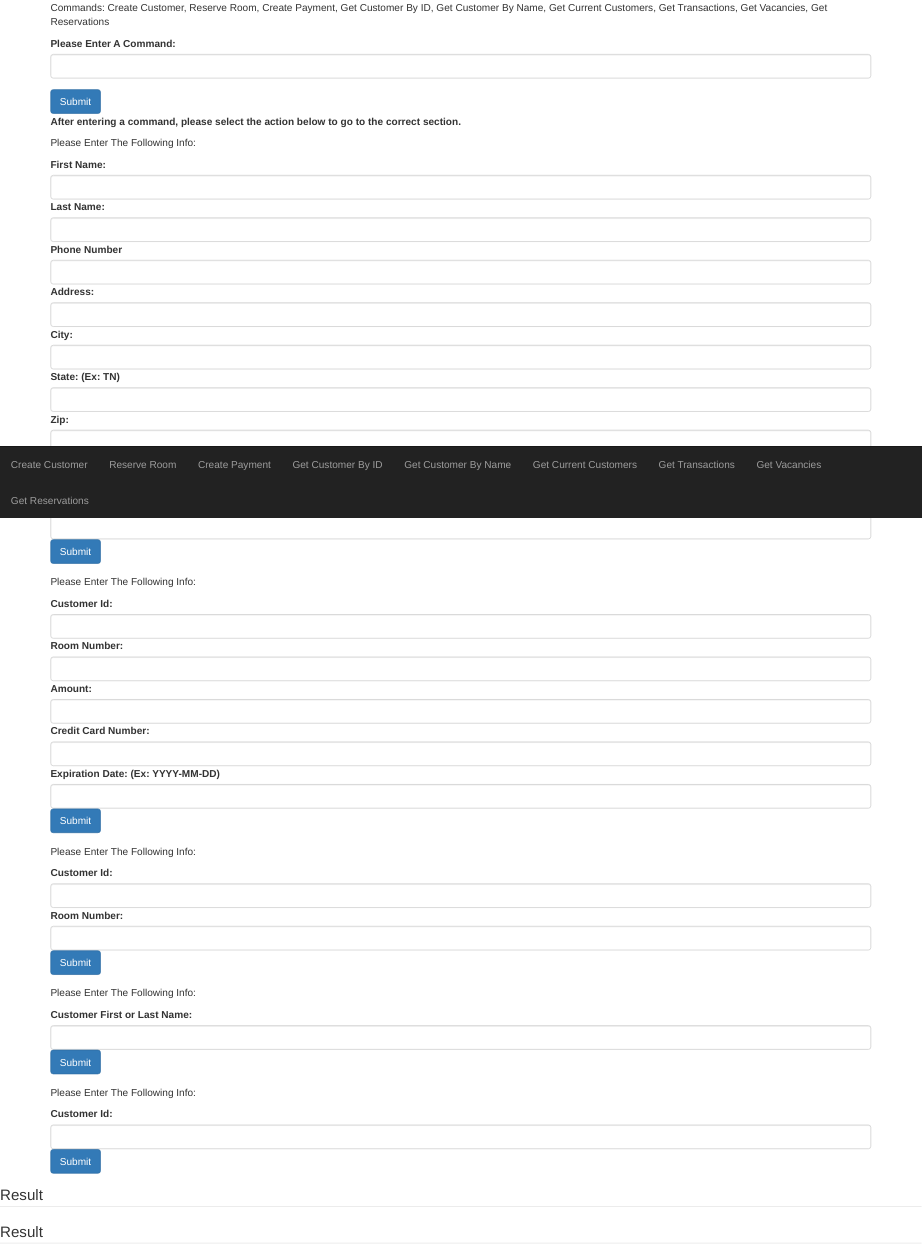
Repository: kddean/PA2
Page: Hotel Reservation System - Single Page/WebContent/HRS.html
The author's editor kept a copy of each file at every save. The page is drawn from the files as they stood at one save, then again after the next save.
The browser window is 1280 px wide. The pictures show the whole page, at 72% of full size.

Above is the page before, as saved 2016-04-08 03:43:35.

### Hotel Reservation System - Single Page/WebContent/HRS.html
<!DOCTYPE html>
<html>
<head>
<!-- <meta charset="ISO-8859-1"> -->
<meta charset="utf-8">
<meta name="viewport" content="width=device-width, initial-scale=1">
<link rel="stylesheet"
	href="http://maxcdn.bootstrapcdn.com/bootstrap/3.3.6/css/bootstrap.min.css">
<script
	src="https://ajax.googleapis.com/ajax/libs/jquery/1.12.0/jquery.min.js"></script>
<script
	src="http://maxcdn.bootstrapcdn.com/bootstrap/3.3.6/js/bootstrap.min.js"></script>
<title>HRS</title>
</head>
<body>

	<nav class="navbar navbar-inverse navbar-fixed-bottom">

		<ul class="nav navbar-nav">
			<li><a href="#FindForm">Create Customer</a></li>
			<li><a href="#RoomForm">Reserve Room</a></li>
			<li><a href="#PayForm">Create Payment</a></li>
			<li><a href="#TForm">Get Customer By ID</a></li>
			<li><a href="#CForm">Get Customer By Name</a></li>
			<li><a href="#section1">Get Current Customers</a></li>
			<li><a href="TForm">Get Transactions</a></li>
			<li><a href="#sec">Get Vacancies</a></li>
			<li><a href="#sec2">Get Reservations</a></li>
	</ul>
	</nav>






	<div class="container">
		<p>Commands: Create Customer, Reserve Room, Create Payment, Get
			Customer By ID, Get Customer By Name, Get Current Customers, Get
			Transactions, Get Vacancies, Get Reservations</p>
		<form name="HRSForm">
			<div class="form-group">
				<label for="cmmd">Please Enter A Command:</label> <input type="text"
					class="form-control" name="cmmd" id="cmmd">
			</div>
		</form>
	</div>
	<div class="container">
	<button id="act" class="btn btn-primary">Submit</button>
<p><b>After entering a command, please select the action below to go to the correct section.</b></p>
</div>
	<div class="container">
		<form name="FindForm" id="FindForm" >
			<div class="form-group">
				<p>Please Enter The Following Info:</p>
				<label for="first">First Name:</label><input type="text"
					class="form-control" name="first"> <label for="last">Last
					Name:</label><input type="text" class="form-control" name="last"> <label
					for="phone">Phone Number</label><input type="text"
					class="form-control" name="phone"> <label for="address">Address:</label><input
					type="text" class="form-control" name="address"> <label
					for="city">City:</label><input type="text" class="form-control"
					name="city"> <label for="state"> State: (Ex: TN)</label><input
					type="text" class="form-control" name="state"> <label
					for="zip">Zip:</label><input type="text" class="form-control"
					name="zip"> <label for="checkin">Checkin Date: (Ex:
					YYYY-MM-DD)</label><input type="text" class="form-control" name="checkin">
				<label for="checkout">Checkout Date: (Ex: YYYY-MM-DD)</label><input
					type="text" class="form-control" name="checkout">
				<button id="cusub" class="btn btn-primary">Submit</button>
			</div>
		</form>
	</div>

	<div class="container">
		<form name="PayForm" id="PayForm" >
			<div class="form-group">
				<p>Please Enter The Following Info:</p>
				<label for="cid">Customer Id:</label><input type="text"
					class="form-control" name="cid"> <label for="room">Room
					Number:</label><input type="text" class="form-control" name="room">
				<label for="amount">Amount:</label><input type="text"
					class="form-control" name="amount"> <label for="cnn">Credit
					Card Number:</label><input type="text" class="form-control" name="ccn">
				<label for="edate">Expiration Date: (Ex: YYYY-MM-DD)</label><input
					type="text" class="form-control" name="edate">
				<button id="paysub" class="btn btn-primary">Submit</button>
			</div>
		</form>
	</div>

	<div class="container">
		<form name="RoomForm" id="RoomForm" >
			<div class="form-group">
				<p>Please Enter The Following Info:</p>
				<label for="cid">Customer Id:</label><input type="text"
					class="form-control" name="cid"> <label for="room">Room
					Number:</label><input type="text" class="form-control" name="room">
				<button id="roomsub" class="btn btn-primary">Submit</button>
			</div>
		</form>
	</div>

	<div class="container">
		<form name="CForm" id="CForm" >
			<div class="form-group">
				<p>Please Enter The Following Info:</p>
				<label for="cname">Customer First or Last Name:</label><input
					type="text" class="form-control" name="cname">
				<button id="csub" class="btn btn-primary">Submit</button>
			</div>
		</form>
	</div>

	<div class="container">
		<form name="TForm" id="TForm" >
			<div class="form-group">
				<p>Please Enter The Following Info:</p>
				<label for="id">Customer Id:</label><input type="text"
					class="form-control" name="id">
				<button id="tsub" class="btn btn-primary">Submit</button>
			</div>
		</form>
	</div>
	<!-- 	<script src="HRS.js"></script> -->

<div id="sec">
       <fieldset>
            <legend id="ajaxResponse">Result</legend>
                 <div id="ajaxResponse"></div>
       </fieldset>

    </div>

<div id="sec2">
       <fieldset>
            <legend id="ajaxResponse">Result</legend>
                 <div id="ajaxResponse"></div>
       </fieldset>

    </div>

	<script>
		/* $(#cusub).click(function(){
		 $.ajax({
		 url:"/Hotel_Reservation_System_-_Single_Page/HRS.html",
		 method:"POST",
		 dataType: "text/javascript",
		 success: function(data,status,xhr){
		 $("#ajaxResponse").html(data);
		 },
		 error: function(data,status,xhr){
		 $("ajaxResponse").html("Error");
		 }
		 data: name
		 }  */
	</script>


	<script
		src="https://ajax.googleapis.com/ajax/libs/jquery/1.12.0/jquery.min.js"></script>
	<script type="text/javascript"></script>
	<script>
		var mmd = $("#cmmd").val();

		$("#act").click(function() {
			$("#FindForm").show();
		})

		/* if(mmd == "Reserve Room"){
			$("#act").click(function() {
				$("RoomForm").show();
			})
		} */
		/* if(mmd == "Create Payment"){
			$("#act").click(function() {
				$("#PayForm").show();
			})
		} */
		/* if(mmd == "Get Customer By ID"){
			$("#act").click(function() {
				$("#TForm").show();
			})
		} */
		/* if(mmd == "Get Customer By Name"){
			$("#act").click(function() {
				$("#CForm").show();
			})
		} */
		/* 		if(mmd == "Get Current Customers"){
		 $("#act").click(function() {
		 alert("This function isn't functional");
		 })
		 }
		 if(mmd == "Get Transactions"){
		 $("#act").click(function() {
		 $("#TForm").show();
		 })
		 }
		 if(mmd == "Get Vacancies"){

		 }
		 if(mmd == "Get Reservations"){}
		 */
	</script>
</body>
</html>

After the next save:
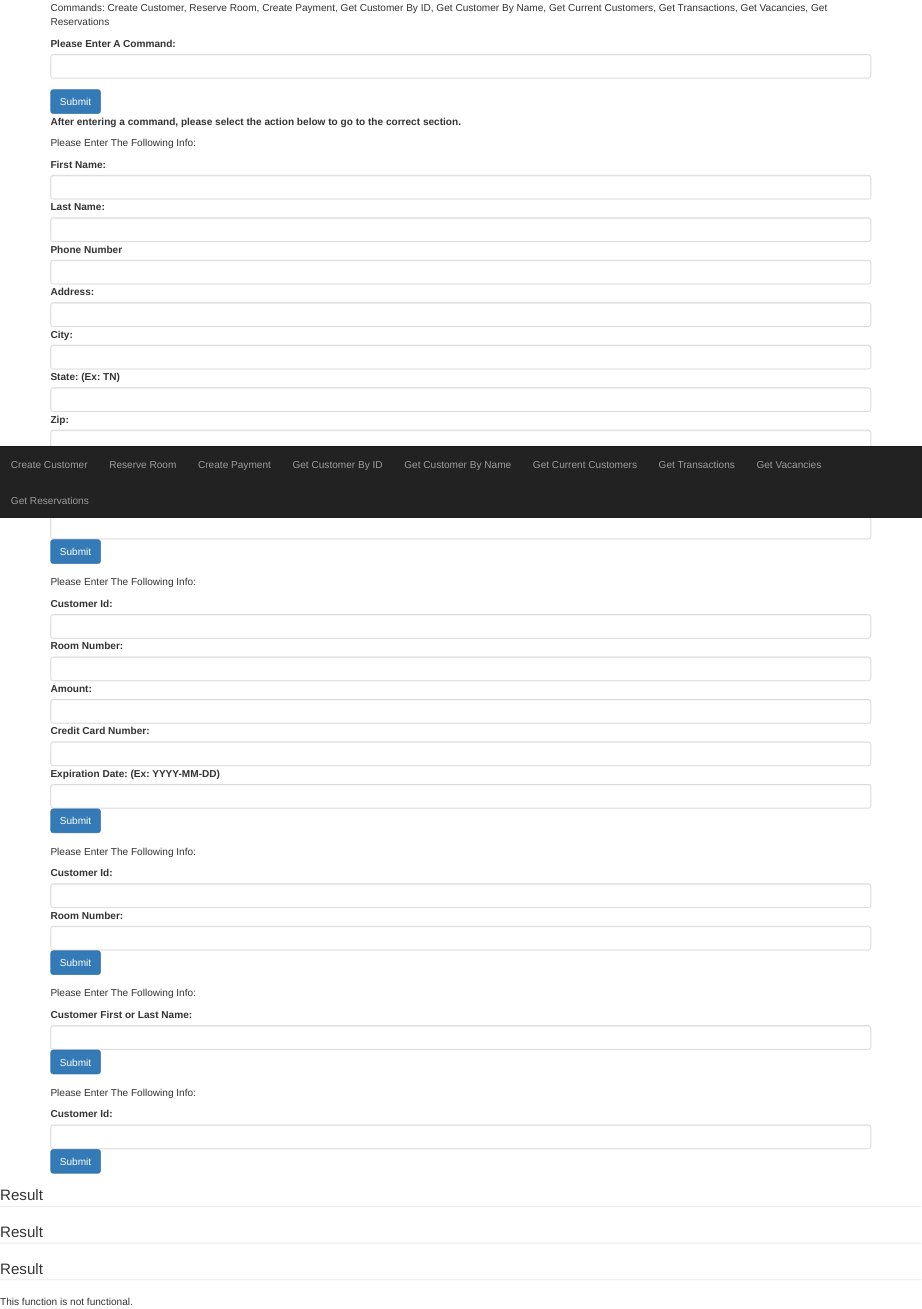
Saved 38 s later.
--- a/Hotel Reservation System - Single Page/WebContent/HRS.html
+++ b/Hotel Reservation System - Single Page/WebContent/HRS.html
@@ -140,6 +140,13 @@
 
     </div>
 
+    <div id="sec3">
+       <fieldset>
+            <legend id="ajaxResponse">Result</legend>
+                 <div id="ajaxResponse">This function is not functional.</div>
+       </fieldset>
+
+    </div>
 	<script>
 		/* $(#cusub).click(function(){
 		 $.ajax({
